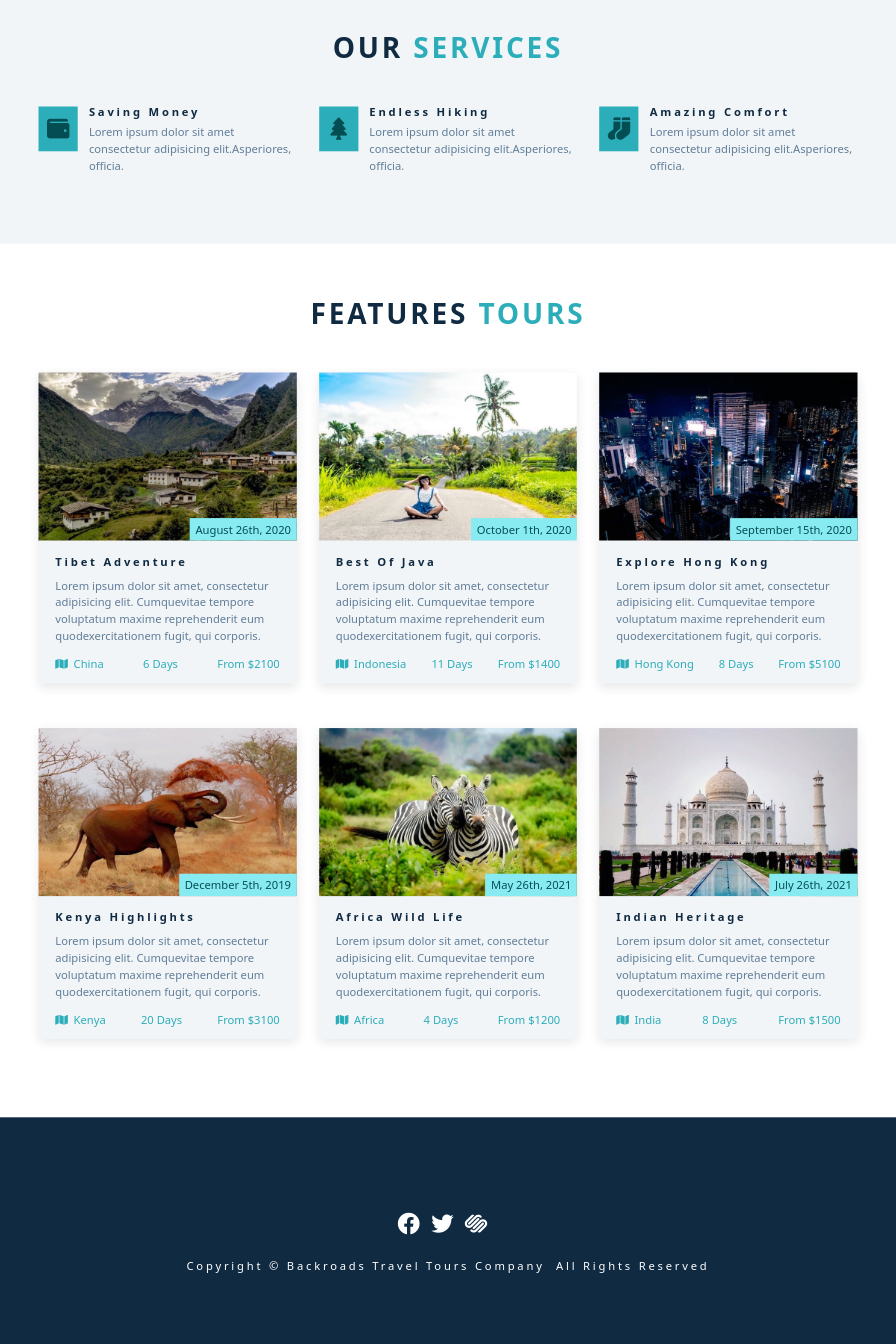
Repository: shivyank121/backRoad-app
Page: /
An editor plug-in stored every save of this project. The page is shown before and after the next save, followed by the edit.
The browser window is 1280 px wide. The pictures show the part of the page from y = 1443 to 3363 px (the page is 3363 px tall before and 3344 px after), at 70% of full size.
Some web libraries are served in a nearby version. The project was rebuilt for these pictures with package versions that can differ from the ones it lists, and the page was loaded fresh each time.

Above is the page before, as saved 2023-08-21 01:44:10.

After the next save:
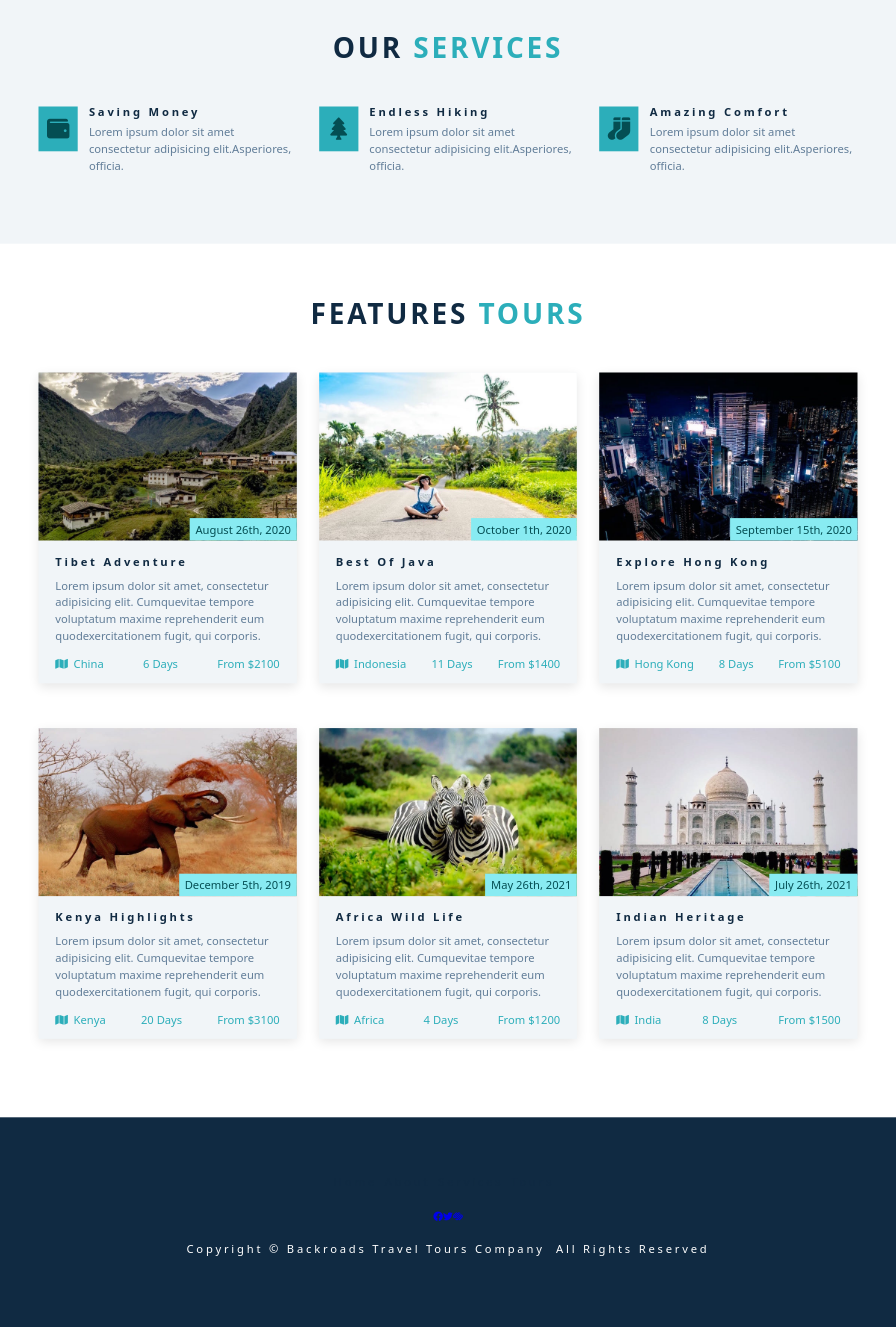
Saved 27 s later.
--- a/src/components/Footer.js
+++ b/src/components/Footer.js
@@ -18,21 +18,22 @@
 
     </ul>
     <ul className="footer-icons">
-      <li>
-        <a href="https://www.twitter.com" target="_blank" className="footer-icon"
-          ><i className="fab fa-facebook"></i
-        ></a>
-      </li>
-      <li>
-        <a href="https://www.twitter.com" target="_blank" className="footer-icon"
-          ><i className="fab fa-twitter"></i
-        ></a>
-      </li>
-      <li>
-        <a href="https://www.twitter.com" target="_blank" className="footer-icon"
-          ><i className="fab fa-squarespace"></i
-        ></a>
-      </li>
+    {socialLinks.map((link)=>{
+                 const {id, href, icon} = link
+                 return(
+                    <li key={id}>
+                    <a
+                      href={href}
+                      target="_blank"
+                      rel="noreferrer"
+                      className="nav-icon"
+                    >
+                      <i className={icon}></i>
+                    </a>
+                  </li>
+                 )
+            })}
+
     </ul>
     <p className="copyright">
       copyright &copy; Backroads travel tours company

After the 4 saves that followed:
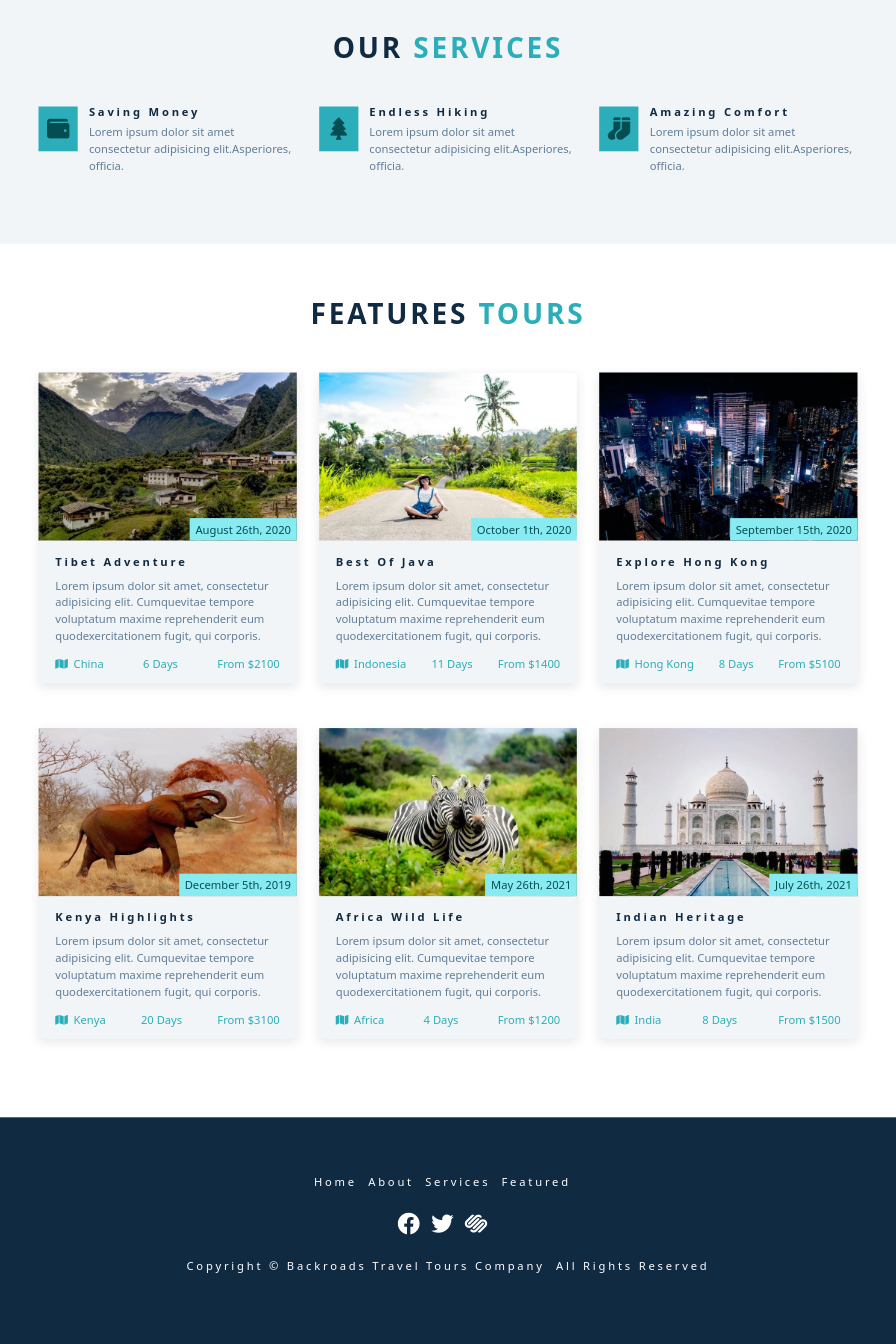
The 4 saves are shown as one change because 3 left the picture as it was.
The last was saved 2 min 19 s later.
--- a/src/components/Footer.js
+++ b/src/components/Footer.js
@@ -1,44 +1,43 @@
 import React from 'react'
-import { pageLinks, socialLinks } from "../data";
 
 export const Footer = () => {
   return (
-    <footer className="section footer">
-    <ul className="footer-links">
-    {pageLinks.map((link) => {
-            return (
-              <li key={link.id}>
-                <a href={link.href} className="nav-link">
-                  {link.text}
-
-                </a>
-              </li>
-            );
-          })}
-
-    </ul>
-    <ul className="footer-icons">
-    {socialLinks.map((link)=>{
-                 const {id, href, icon} = link
-                 return(
-                    <li key={id}>
-                    <a
-                      href={href}
-                      target="_blank"
-                      rel="noreferrer"
-                      className="nav-icon"
-                    >
-                      <i className={icon}></i>
-                    </a>
-                  </li>
-                 )
-            })}
-
-    </ul>
-    <p className="copyright">
-      copyright &copy; Backroads travel tours company
-      <span id="date"></span> all rights reserved
-    </p>
-  </footer>
+   <footer className="section footer">
+      <ul className="footer-links">
+        <li>
+          <a href="#home" className="footer-link">home</a>
+        </li>
+        <li>
+          <a href="#about" className="footer-link">about</a>
+        </li>
+        <li>
+          <a href="#services" className="footer-link">services</a>
+        </li>
+        <li>
+          <a href="#featured" className="footer-link">featured</a>
+        </li>
+      </ul>
+      <ul className="footer-icons">
+        <li>
+          <a href="https://www.twitter.com" target="_blank" className="footer-icon"
+            ><i className="fab fa-facebook"></i
+          ></a>
+        </li>
+        <li>
+          <a href="https://www.twitter.com" target="_blank" className="footer-icon"
+            ><i className="fab fa-twitter"></i
+          ></a>
+        </li>
+        <li>
+          <a href="https://www.twitter.com" target="_blank" className="footer-icon"
+            ><i className="fab fa-squarespace"></i
+          ></a>
+        </li>
+      </ul>
+      <p className="copyright">
+        copyright &copy; Backroads travel tours company
+        <span id="date"></span> all rights reserved
+      </p>
+    </footer>
   )
 }
